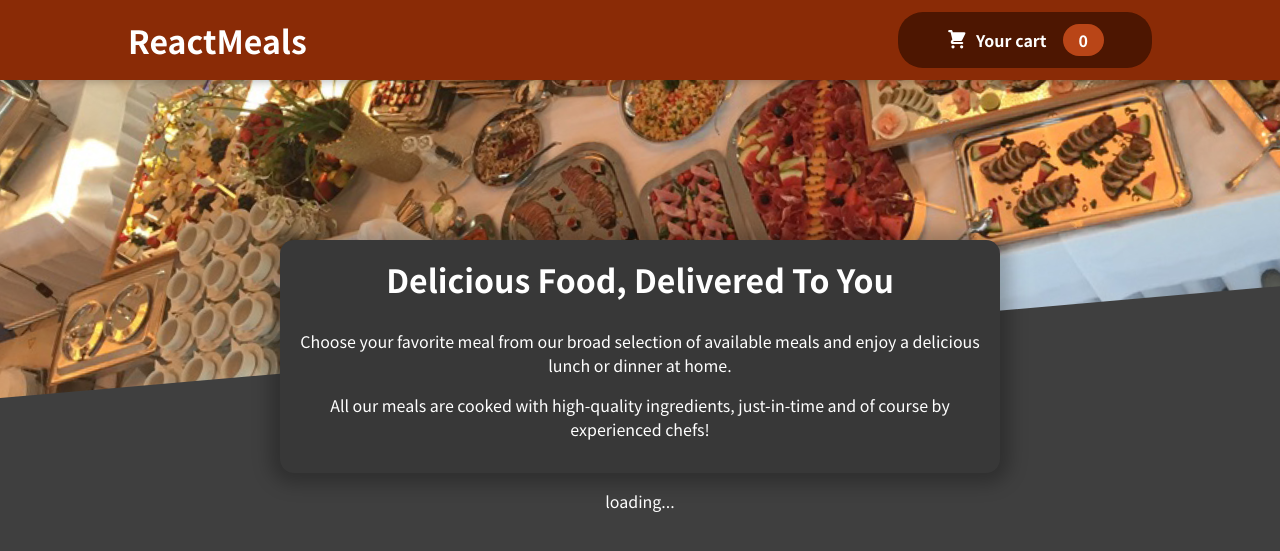
Repository: TonyHoukun-2022/React-foodApp-demo
Page: / (app in Desktop/REACT/React_FoodOrderApp/)
These files come from the project's save history. The page is drawn as it stood at one moment and after the next save; the edit follows.
The browser window is 1280 px wide. The pictures show the whole page.
The page's requests for data from a server got no answer. The project was rebuilt for these pictures with package versions that can differ from the ones it lists, and the page was loaded fresh each time. No one was signed in, and anything a server would have sent is missing. Also part of the build but not shown: Desktop/REACT/React_FoodOrderApp/src/components/UI/Card.module.css, Desktop/REACT/React_FoodOrderApp/src/components/UI/Card.js, Desktop/REACT/React_FoodOrderApp/src/components/UI/Input.module.css, Desktop/REACT/React_FoodOrderApp/src/components/UI/Input.js, Desktop/REACT/React_FoodOrderApp/src/components/Meals/MealItem/MealItemForm.module.css, Desktop/REACT/React_FoodOrderApp/src/components/Meals/MealItem/MealItemForm.js, Desktop/REACT/React_FoodOrderApp/src/components/Meals/MealItem/MealItem.module.css, Desktop/REACT/React_FoodOrderApp/src/components/Meals/MealItem/MealItem.js and 6 more.

Above is the page before, as saved 2021-12-12 18:36:27.

### Desktop/REACT/React_FoodOrderApp/public/index.html
<!DOCTYPE html>
<html lang="en">
  <head>
    <meta charset="utf-8" />
    <link rel="icon" href="%PUBLIC_URL%/favicon.ico" />
    <meta name="viewport" content="width=device-width, initial-scale=1" />
    <meta name="theme-color" content="#000000" />
    <meta
      name="description"
      content="Web site created using create-react-app"
    />
    <link rel="apple-touch-icon" href="%PUBLIC_URL%/logo192.png" />
    <!--
      manifest.json provides metadata used when your web app is installed on a
      user's mobile device or desktop. See https://developers.google.com/web/fundamentals/web-app-manifest/
    -->
    <link rel="manifest" href="%PUBLIC_URL%/manifest.json" />
    <!--
      Notice the use of %PUBLIC_URL% in the tags above.
      It will be replaced with the URL of the `public` folder during the build.
      Only files inside the `public` folder can be referenced from the HTML.

      Unlike "/favicon.ico" or "favicon.ico", "%PUBLIC_URL%/favicon.ico" will
      work correctly both with client-side routing and a non-root public URL.
      Learn how to configure a non-root public URL by running `npm run build`.
    -->
    <title>React App</title>
  </head>
  <body>
    <noscript>You need to enable JavaScript to run this app.</noscript>
    <!-- portal -->
    <div id="overlays"></div>
    <div id="root"></div>
    <!--
      This HTML file is a template.
      If you open it directly in the browser, you will see an empty page.

      You can add webfonts, meta tags, or analytics to this file.
      The build step will place the bundled scripts into the <body> tag.

      To begin the development, run `npm start` or `yarn start`.
      To create a production bundle, use `npm run build` or `yarn build`.
    -->
  </body>
</html>

### Desktop/REACT/React_FoodOrderApp/src/App.js
import React,{useState} from "react"
import Header from "./components/Layout/Header"
import Meals from "./components/Meals/Meals"
import ShoppingCart from "./components/Cart/ShoppingCart"
import CartProvider from "./StoreContext/CartProvider"
function App() {
  const [cartIsShown, setCartIsShown] = useState(false)
  const showCartHandler = () => {
    setCartIsShown(true)
  }
  const hideCartHandler = () => {
    setCartIsShown(false)
  }
  return (
    <CartProvider>
      {cartIsShown && <ShoppingCart onClose={hideCartHandler}></ShoppingCart> }
      <Header onShowCart={showCartHandler}></Header>
      <main>
        <Meals></Meals>
      </main>
    </CartProvider>
  )
}

export default App

### Desktop/REACT/React_FoodOrderApp/src/components/Layout/Header.js
import React from "react"
import headerImg from "../../assets/header.jpeg"
import styles from "./Header.module.css"
import HeaderCartButton from "./HeaderCartButton"
const Header = (props) => {
  return (
    <>
          <header className={styles.header}>
              <h1>ReactMeals</h1>
              <HeaderCartButton onClick={props.onShowCart}></HeaderCartButton>
          </header>
          <div className={styles['main-image']}>
              <img src={headerImg} alt="header-image" />
          </div>
    </>
  )
}
export default Header

### Desktop/REACT/React_FoodOrderApp/src/components/Meals/Meals.js
import React from "react";
import MealsSummary from "./MealsSummary";
import AvailableMeals from "./AvailableMeals";
const Meals = () => {
    return (
        <>
            <MealsSummary></MealsSummary>
            <AvailableMeals></AvailableMeals>
        </>
    )
}
export default Meals

### Desktop/REACT/React_FoodOrderApp/src/StoreContext/CartProvider.js
// this component is simply to manage the current context of cart data and provide that context to all components that want access to it.
import CartContext from "./cart-context"
import { useReducer } from "react"

//reducer function can put outside of component because no interval values of the CartProvider component is needed in reducer.
//receive a state object and an action automatically by React.

// The action is dispatched by dispatchCartAction inside the Component
// state is simply the last state snapshotof the state managed by the reducer func.
// And then as part of the reducer function,
// you have to return a new state snapshot.
//at the begining, the state in cartReducer func is the defaultCartState

//initial value of the useReducer func
const defaultCartState = {
  items: [],
  totalAmount: 0,
}
const cartReducer = (state, action) => {
  if (action.type === "ADD") {
    //     concat here adds adds a new item to an array
    // but unlike push, it doesn't edit the existing array
    // but return a new array.
    //add the new item
    const updatedTotalAmount = state.totalAmount + action.item.price * action.item.amount
    // findIndex returns the index of the first array element that matches the condition
    const existingCartItemIndex = state.items.findIndex((item) => item.id === action.item.id)
    //retreive the existing cart item
    const existingCartItem = state.items[existingCartItemIndex]
    let updatedItem
    let updatedItems
    // if there is an existingCartItm
    if (existingCartItem) {
      //update the cartItem
      updatedItem = {
        //copy the properties of existingCartItem, and update the amount
        ...existingCartItem,
        amount: existingCartItem.amount + action.item.amount,
      }
      // copy the existing items of the last state snapshot to a new array updatedItems, so can update the updatedItem without chaning the old array
      updatedItems = [...state.items]
      updatedItems[existingCartItemIndex] = updatedItem
    } else {
      updatedItem = { ...action.item }
      updatedItems = state.items.concat(updatedItem)
    }

    return {
      items: updatedItems,
      totalAmount: updatedTotalAmount,
    }
  }
  if (action.type === "REMOVE") {
    const existingCartItemIndex = state.items.findIndex((item) => item.id === action.id)
    const existingItem = state.items[existingCartItemIndex]
    const updatedTotalAmount = state.totalAmount - existingItem.price
    let updatedItems
    if (existingItem.amount === 1) {
      //remove the item from cart
      //all items where the id is not equal to the action.id are kept in a new array upatedItems
      updatedItems = state.items.filter((item) => item.id !== action.id)
    } else {
      //decrease the amount of item by 1
      const updatedItem = { ...existingItem, amount: existingItem.amount - 1 }
      updatedItems = [...state.items]
      updatedItems[existingCartItemIndex] = updatedItem
    }
    return {
      items: updatedItems,
      totalAmount: updatedTotalAmount,
    }
  }
  // if action.type != add or remove , return defaultCartState
  return defaultCartState
}

const CartProvider = (props) => {
  //初始化cartstate作为初始值
  const [cartState, dispatchCartAction] = useReducer(cartReducer, defaultCartState)
  //called by MealItem.js
  const addItemToCartHandler = (item) => {
    dispatchCartAction({ type: "ADD", item: item })
  }
  const removeItemFromCartHandler = (id) => {
    dispatchCartAction({ type: "REMOVE", id: id })
  }
  const cartContext = {
    items: cartState.items,
    totalAmount: cartState.totalAmount,
    //called in MealItem.js
    addItem: addItemToCartHandler,
    removeItem: removeItemFromCartHandler,
  }
  return <CartContext.Provider value={cartContext}>{props.children}</CartContext.Provider>
}
export default CartProvider

### Desktop/REACT/React_FoodOrderApp/src/components/Layout/HeaderCartButton.js
import CartIcon from "../Cart/CartIcon"
import { useContext, useEffect, useState } from "react"
import styles from "./HeaderCartButton.module.css"
import CartContext from "../../StoreContext/cart-context"
const HeaderCartButton = (props) => {
  const [btnIsHighLighted, setBtnIsHighLighted] = useState(false)
  const cartctx = useContext(CartContext)
  const { items } = cartctx
  // reduce is a built-in js method allows us to transform an array of data into a single value.
  const numOfCartItems = items.reduce((currentNumber, item) => {
    return currentNumber + item.amount
  }, 0)
  //if btnIsHighlighted is true, add animation 'bump' for button
  const btnStyle = `${styles.button} ${btnIsHighLighted ? styles.bump : ""} `
  //useEffect to activate the button animation whenever the cart state changes
  useEffect(() => {
    // if there is no item in cart, setBtnIsHighLighted will not be set true
    if (items.length === 0) {
      return
    }
    setBtnIsHighLighted(true)

    //after the animation bump play 300ms, remove the bump animation of the button for the next cycle
    const timer = setTimeout(() => {
      setBtnIsHighLighted(false)
    }, 300)
    //return a func in useEffect will be called automatically as a cleanup func by React, to clean the memory for the next cycle
    return () => {
      clearTimeout(timer)
    }
  }, [items])

  return (
    <button className={btnStyle} onClick={props.onClick}>
      <span className={styles.icon}>
        <CartIcon></CartIcon>
      </span>
      <span>Your cart</span>
      <span className={styles.badge}>{numOfCartItems}</span>
    </button>
  )
}
export default HeaderCartButton

### Desktop/REACT/React_FoodOrderApp/src/components/Meals/AvailableMeals.js
import { useEffect, useState } from "react"
import styles from "./AvailableMeals.module.css"
import Card from "../UI/Card"
import MealItem from "./MealItem/MealItem"

const AvailableMeals = () => {
  const [meals, setMeals] = useState([])
  const [isLoading, setIsLoading] = useState(true)
  const [httpError, setHttpError] = useState(null)

  // fetching data from firebase after the comp is initially loaded or some dependency change
  //the effect func should not return a promise, so effect func cannot be async function
  useEffect(() => {
    console.log("effect func")
    //the method of use async func in useEffect
    const fetchMeals = async () => {
      // get request
      const response = await fetch("https://foodapp-253e6-default-rtdb.firebaseio.com/meals.json")

      if (!response.ok) {
        throw new Error("something is wrong")
      }

      //convert returned JSON to js obj, responseData is an obj
      const responseData = await response.json()

      const loadedMeals = []
      // convert obj with keys into an array
      //  for in oops through the properties of an Object:
      for (let key in responseData) {
        loadedMeals.push({
          id: key,
          name: responseData[key].name,
          description: responseData[key].description,
          price: responseData[key].price,
        })
      }
      //update meals by state
      setMeals(loadedMeals)
      setIsLoading(false)
    }

    try {
      //fetchMeals returns a promise, promise.then(success func), promise.catch(errorfunc)
      fetchMeals().catch()
    } catch (error) {
      setIsLoading(false)
      setHttpError(error.message)
    }
  }, [])

  //return jsx if is loading
  if (isLoading) {
    return (
      <section className={styles.mealIsLoading}>
        <p>loading...</p>
      </section>
    )
  }

  if (httpError) {
    return (
      <section className={styles.mealsError}>
        <p>{httpError}</p>
      </section>
    )
  }

  const mealsList = meals.map((meal) => <MealItem id={meal.id} key={meal.id} price={meal.price} name={meal.name} description={meal.description}></MealItem>)
  return (
    <section className={styles.meals}>
      <Card>
        <ul>{mealsList}</ul>
      </Card>
    </section>
  )
}
export default AvailableMeals

### Desktop/REACT/React_FoodOrderApp/src/StoreContext/cart-context.js
import { createContext } from "react"
const CartContext = createContext({
  items: [],
  totalAmount: 0,
  addItem: (item) => {},
  removeItem: (id) => {},
})
export default CartContext

// import { createContext } from "react"
// const Context = createContext("Default Value")

### Desktop/REACT/React_FoodOrderApp/src/components/Cart/CartIcon.js
const CartIcon = () => {
  return (
    <svg xmlns="http://www.w3.org/2000/svg" viewBox="0 0 20 20" fill="currentColor">
      <path d="M3 1a1 1 0 000 2h1.22l.305 1.222a.997.997 0 00.01.042l1.358 5.43-.893.892C3.74 11.846 4.632 14 6.414 14H15a1 1 0 000-2H6.414l1-1H14a1 1 0 00.894-.553l3-6A1 1 0 0017 3H6.28l-.31-1.243A1 1 0 005 1H3zM16 16.5a1.5 1.5 0 11-3 0 1.5 1.5 0 013 0zM6.5 18a1.5 1.5 0 100-3 1.5 1.5 0 000 3z" />
    </svg>
  )
}

export default CartIcon

### Desktop/REACT/React_FoodOrderApp/src/components/Layout/HeaderCartButton.module.css
.button {
  cursor: pointer;
  font: inherit;
  border: none;
  background-color: #4d1601;
  color: white;
  padding: 0.75rem 3rem;
  display: flex;
  justify-content: space-around;
  align-items: center;
  border-radius: 25px;
  font-weight: bold;
}

.button:hover,
.button:active {
  background-color: #2c0d00;
}

.icon {
  width: 1.35rem;
  height: 1.35rem;
  margin-right: 0.5rem;
}

.badge {
  background-color: #b94517;
  padding: 0.25rem 1rem;
  border-radius: 25px;
  margin-left: 1rem;
  font-weight: bold;
}

.button:hover .badge,
.button:active .badge {
  background-color: #92320c;
}

.bump {
  animation: bump 300ms ease-out;
}

@keyframes bump {
  0% {
    transform: scale(1);
  }
  10% {
    transform: scale(0.9);
  }
  30% {
    transform: scale(1.1);
  }
  50% {
    transform: scale(1.15);
  }
  100% {
    transform: scale(1);
  }
}

### Desktop/REACT/React_FoodOrderApp/src/components/Meals/AvailableMeals.module.css
.meals {
  max-width: 60rem;
  width: 90%;
  margin: 2rem auto;
  animation: meals-appear 1s ease-out forwards;
}
.mealIsLoading {
  text-align: center;
  color:#fff;
}
.mealsError {
  text-align: center;
  color: #f00;
}
.meals ul {
  list-style: none;
  margin: 0;
  padding: 0;
}

@keyframes meals-appear {
  from {
    opacity: 0;
    transform: translateY(3rem);
  }

  to {
    opacity: 1;
    transform: translateY(0);
  }
}

Loaded but not shown: Desktop/REACT/React_FoodOrderApp/src/index.js (common file); Desktop/REACT/React_FoodOrderApp/src/index.css (common file); Desktop/REACT/React_FoodOrderApp/src/components/Layout/Header.module.css (common file); Desktop/REACT/React_FoodOrderApp/src/components/Meals/MealsSummary.js (common file); Desktop/REACT/React_FoodOrderApp/src/components/Meals/MealsSummary.module.css (common file)

After the next save:
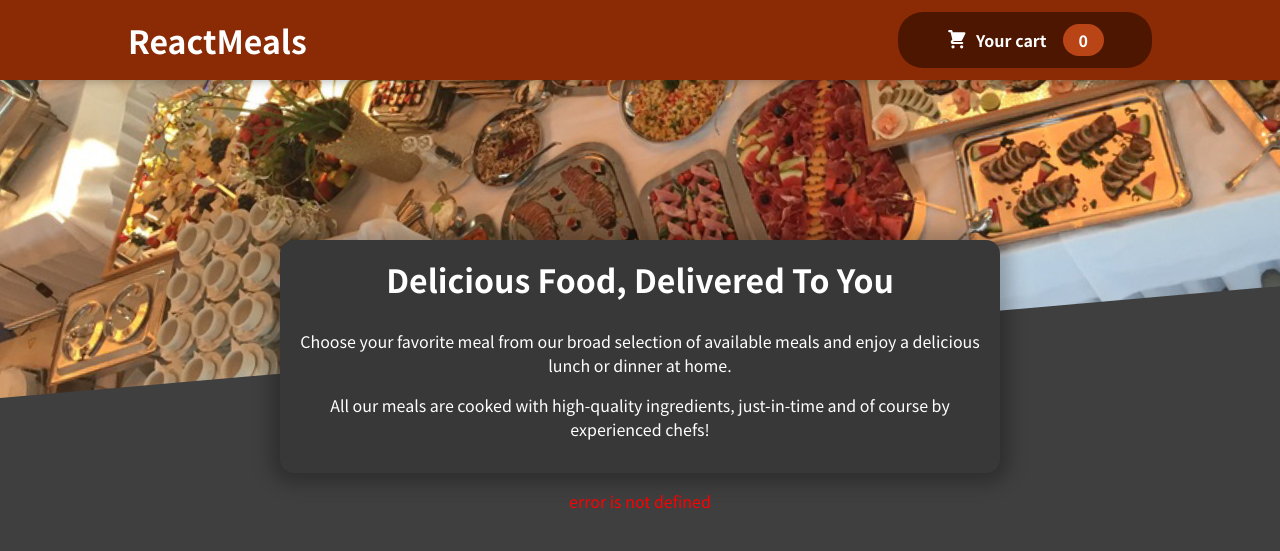
Saved 12 s later.
--- a/Desktop/REACT/React_FoodOrderApp/src/components/Meals/AvailableMeals.js
+++ b/Desktop/REACT/React_FoodOrderApp/src/components/Meals/AvailableMeals.js
@@ -42,7 +42,7 @@ const AvailableMeals = () => {
 
     try {
       //fetchMeals returns a promise, promise.then(success func), promise.catch(errorfunc)
-      fetchMeals().catch()
+      fetchMeals().catch(error)
     } catch (error) {
       setIsLoading(false)
       setHttpError(error.message)
